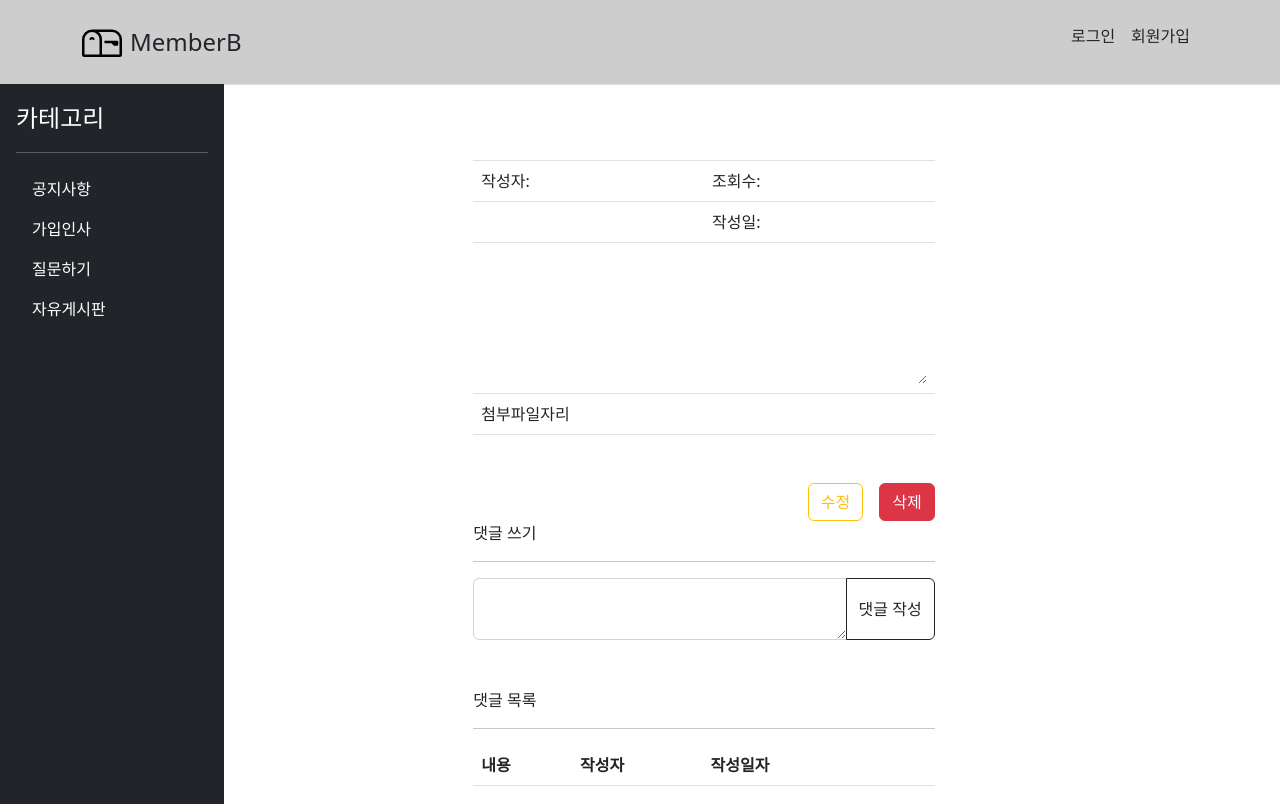
Repository: charmErin/board_220915
Page: http://localhost/board/WEB-INF/views/board/detail.jsp
These files come from the project's save history. The page is drawn as it stood at one moment and after the next save; the edit follows.
The browser window is 1280 px wide. The pictures show the whole page.
Some web libraries are served in a nearby version. The page is served by Tomcat 9. Nobody is signed in. Other server files are loaded and not shown. The template is opened directly, without the code that normally fills it, so the values that code supplies are empty.

Above is the page before, as saved 2022-09-16 07:52:06.

### board/src/main/webapp/WEB-INF/views/board/detail.jsp
<%@ page language="java" contentType="text/html; charset=UTF-8"
	pageEncoding="UTF-8"%>
<%@ taglib uri="http://java.sun.com/jsp/jstl/core" prefix="c"%>
<%@ taglib prefix="fmt" uri="http://java.sun.com/jsp/jstl/fmt"%>
<!DOCTYPE html>
<html>
<head>
<meta charset="UTF-8">
<script src="https://code.jquery.com/jquery-3.6.0.min.js"></script>
<script type="text/javascript"
	src="https://cdnjs.cloudflare.com/ajax/libs/moment.js/2.24.0/moment.min.js"></script>
<title>Insert title here</title>
<style>
.body-content {
	margin-top: 9rem;
	margin-left: 15rem;
	padding-left: 3rem;
	padding-right: 10rem;
}
</style>
</head>
<body>
	<%@include file="../layout/header.jsp"%>
	<div class="body-content">
		<div class="container col-7 my-4">
			<table class="table mb-5">
				<tr>
					<td colspan="2">${board.boardTitle}</td>
				</tr>
				<tr>
					<td>작성자: ${board.boardWriter}</td>
					<td>조회수: ${board.boardHits}</td>
				</tr>
				<tr>
					<td></td>
					<td colspan="2">작성일: <fmt:formatDate pattern="yyyy-MM-dd"
							value="${board.createdTime}"></fmt:formatDate></td>
				</tr>
				<tr>
					<td colspan="2"><textarea class="form-control-plaintext"
							rows="5">${board.boardContents}</textarea></td>
				</tr>
				<tr>
					<td colspan="2">첨부파일자리</td>
				</tr>
			</table>

			<div class="d-grid gap-2 d-md-flex justify-content-md-end">
				<c:choose>
					<c:when test="${sessionScope.id eq board.memberId}">
						<button class="btn btn-outline-warning me-md-2" type="button">수정</button>
						<button class="btn btn-danger" type="button">삭제</button>
					</c:when>
					<c:otherwise>
						<c:if test="${sessionScope.loginId eq 'admin'}">
							<button class="btn btn-danger" type="button">삭제</button>
						</c:if>
					</c:otherwise>
				</c:choose>
			</div>


			<span>댓글 쓰기</span>
			<hr>

			<div class="input-group mb-5">
				<textarea class="form-control" id="comment-contents"></textarea>
				<input class="btn btn-outline-dark" type="button"
					onclick="commentSave()" value="댓글 작성">
			</div>

			<span>댓글 목록</span>
			<hr>
			<div id="comment-list">
				<table class="table">
					<tr>
						<th>내용</th>
						<th>작성자</th>
						<th>작성일자</th>
						<th></th>
						<th></th>
					</tr>
					<c:forEach var="comment" items="${commentList}">
						<tr id="comment_${comment.id}">
							<td id="contents_${comment.id}">${comment.commentContents}</td>
							<td id="writer_${comment.id}">${comment.commentWriter}</td>
							<td id="createdTime_${comment.id}"><fmt:formatDate pattern="yyyy-MM-dd HH:mm:ss"
									value="${comment.createdTime}"></fmt:formatDate></td>
							<c:choose>
								<c:when test="${sessionScope.id eq comment.memberId}">
									<td id="updateBtn_${comment.id}"><button class="btn btn-outline-info" type="button"
											onclick="commentUpdateForm('${comment.id}', '${comment.commentContents}')">수정</button></td>
									<td id="deleteBtn_${comment.id}"><button class="btn btn-outline-danger" type="button"
											onclick="commentDelete('${comment.id}')">삭제</button></td>
								</c:when>
								<c:otherwise>
									<c:choose>
										<c:when test="${sessionScope.loginId eq 'admin'}">
											<td></td>
											<td><button class="btn btn-outline-danger" type="button"
													onclick="commentDelete('${comment.id}')">삭제</button></td>
										</c:when>
										<c:otherwise>
											<td colspan="2"></td>
										</c:otherwise>
									</c:choose>
								</c:otherwise>
							</c:choose>
						</tr>
					</c:forEach>
				</table>
			</div>
		</div>
	</div>
</body>
<script>
	const commentSave = () => {
		const boardId = '${board.id}';
		const memberId = '${sessionScope.id}';
		const commentWriter = '${sessionScope.memberName}';
		const commentContents = document.getElementById("comment-contents").value;
		const loginId = '${sessionScope.loginId}';
		const commentList = document.getElementById("comment-list");

		$.ajax({
			type: "post",
			url: "/comment/save",
			data: {"boardId": boardId, "memberId": memberId, "commentWriter": commentWriter, "commentContents": commentContents},
			dataType: "json",
			success: function(result) {
				let output = '<table class="table">'
							+ '	<tr>'
							+ '		<th>내용</th>'
							+ '		<th>작성자</th>'
							+ '		<th>작성일자</th>'
							+ '		<th></th>'
							+ '		<th></th>'
							+ '	</tr>';

				for (let i in result) {
					output += '	<tr>'
							+ '		<td>' + result[i].commentContents + '</td>'
							+ '		<td>' + result[i].commentWriter + '</td>'
							+ '		<td>' + moment(result[i].createdTime).format("YYYY-MM-DD HH:mm:ss") + '</td>';

					if (memberId == result[i].memberId) {
						output += '<td><button class="btn btn-outline-info" type="button" onclick="commentUpdateForm((' + result[i].id + ')">수정</button></td>'
								+ '<td><button class="btn btn-outline-danger" type="button" onclick="commentDelete(' + result[i].id + ')">삭제</button></td>';

					} else {
						if (loginId == 'admin') {
							output += '<td></td>'
									+ '<td><button class="btn btn-outline-danger" type="button" onclick="commentDelete(' + result[i].id + ')">삭제</button></td>';
						} else {
							output += '	<td></td>'
									+ '	<td></td>';
						}
					}
					output += '	</tr>';

				}
				output += '</table>';

				commentList.innerHTML = output;
				document.getElementById("comment-contents").innerHTML = "";
			}
		});
	}

	const commentDelete = (id) => {
		const boardId = '${board.id}';
		const memberId = '${sessionScope.id}';
		const loginId = '${sessionScope.loginId}';
		const commentList = document.getElementById("comment-list");

		$.ajax({
			type: "post",
			url: "/comment",
			data: {"id": id, "boardId": boardId},
			dataType: "json",
			success: function(result) {
				let output = '<table class="table">'
							+ '	<tr>'
							+ '		<th>내용</th>'
							+ '		<th>작성자</th>'
							+ '		<th>작성일자</th>'
							+ '		<th></th>'
							+ '		<th></th>'
							+ '	</tr>';

				for (let i in result) {
					output += '	<tr>'
							+ '		<td>' + result[i].commentContents + '</td>'
							+ '		<td>' + result[i].commentWriter + '</td>'
							+ '		<td>' + moment(result[i].createdTime).format("YYYY-MM-DD HH:mm:ss") + '</td>';

					if (memberId == result[i].memberId) {
						output += '<td><button class="btn btn-outline-info" type="button" onclick="commentUpdateForm((' + result[i].id + ')">수정</button></td>'
								+ '<td><button class="btn btn-outline-danger" type="button" onclick="commentDelete(' + result[i].id + ')">삭제</button></td>';

					} else {
						if (loginId == 'admin') {
							output += '<td></td>'
									+ '<td><button class="btn btn-outline-danger" type="button" onclick="commentDelete(' + result[i].id + ')">삭제</button></td>';
						} else {
							output += '	<td></td>'
									+ '	<td></td>';
						}
					}
					output += '	</tr>';

				}
				output += '</table>';

				commentList.innerHTML = output;
			}
		});
	}


	let rawComment = null;

	const commentUpdateForm = (id, commentContents) => {
		const comment = document.getElementById("comment_" + id);
		rawComment = document.getElementById("comment_" + id).innerHTML;

		let output = '<td colspan="3"><textarea class="form-control" id="new-contents">' + commentContents + '</textarea></td>'
					+ '<td><button type="button" class="btn btn-dark" onclick="commentUpdate(' + "'" + id + "')" + '">수정</button></td>'
					+ '<td><button type="button" class="btn btn-outline-danger" onclick="commentCancel(' + id + ')">취소</button></td>';

		comment.innerHTML = output;
	}

	const commentUpdate = (id) => {
		const newContents = document.getElementById("new-contents").value;
		const boardId = '${board.id}';
		const memberId = '${sessionScope.id}';
		const loginId = '${sessionScope.loginId}';
		const commentList = document.getElementById("comment-list");

		$.ajax({
			type: "post",
			url: "/comment/update",
			data: {"id": id, "boardId": boardId, "commentContents": newContents},
			dataType: "json",
			success: function(result) {
				let output = '<table class="table">'
					+ '	<tr>'
					+ '		<th>내용</th>'
					+ '		<th>작성자</th>'
					+ '		<th>작성일자</th>'
					+ '		<th></th>'
					+ '		<th></th>'
					+ '	</tr>';

			for (let i in result) {
				output += '	<tr>'
						+ '		<td>' + result[i].commentContents + '</td>'
						+ '		<td>' + result[i].commentWriter + '</td>'
						+ '		<td>' + moment(result[i].createdTime).format("YYYY-MM-DD HH:mm:ss") + '</td>';

				if (memberId == result[i].memberId) {
					output += '<td><button class="btn btn-outline-info" type="button" onclick="commentUpdateForm((' + result[i].id + ')">수정</button></td>'
							+ '<td><button class="btn btn-outline-danger" type="button" onclick="commentDelete(' + result[i].id + ')">삭제</button></td>';

				} else {
					if (loginId == 'admin') {
						output += '<td></td>'
								+ '<td><button class="btn btn-outline-danger" type="button" onclick="commentDelete(' + result[i].id + ')">삭제</button></td>';
					} else {
						output += '	<td></td>'
								+ '	<td></td>';
					}
				}
				output += '	</tr>';

			}
			output += '</table>';

			commentList.innerHTML = output;
			}
		});
	}

	const commentCancel = (id) => {
		document.getElementById("comment_" + id).innerHTML = rawComment;
	}
</script>
</html>

### board/src/main/webapp/WEB-INF/views/layout/header.jsp
<%@ page language="java" contentType="text/html; charset=UTF-8"
    pageEncoding="UTF-8"%>
<%@ taglib uri="http://java.sun.com/jsp/jstl/core" prefix="c" %>
<%@ taglib prefix="fmt" uri="http://java.sun.com/jsp/jstl/fmt" %>
<!DOCTYPE html>
<html>
<head>
<meta charset="UTF-8">
<link href="https://cdn.jsdelivr.net/npm/bootstrap@5.2.1/dist/css/bootstrap.min.css" rel="stylesheet" integrity="sha384-iYQeCzEYFbKjA/T2uDLTpkwGzCiq6soy8tYaI1GyVh/UjpbCx/TYkiZhlZB6+fzT" crossorigin="anonymous">
<title>Insert title here</title>
<style>
	header {
		background: #CDCDCD;
	}

	.side-bar {
		width: 14rem;
		height: 100%;
		margin-top: 1rem;
		position: fixed;
		display: inline !important;
	}
</style>
</head>
<body>
	<header class="py-3 border-bottom header-fix fixed-top">
		<div class="container d-flex flex-wrap justify-content-center">
			<a href="/" class="d-flex align-items-center mb-3 mb-lg-0 me-lg-auto text-dark text-decoration-none">
				<img src="../../../resources/svg/mailbox.svg" width="40" height="40">
				<span class="fs-4 m-2">
					MemberB
				</span>
			</a>

			<div>
				<c:choose>
					<c:when test="${sessionScope.id == null}">
						<ul class="nav">
							<li class="nav-item">
								<a href="/member/login-form" class="nav-link link-dark px-2">로그인</a>
							</li>
							<li class="nav-item">
								<a href="/member/save-form" class="nav-link link-dark px-2">회원가입</a>
							</li>
						</ul>
					</c:when>
					<c:otherwise>
						<ul class="nav">
							<li class="nav-item">
								<a href="/member/detail/${sessionScope.id}" class="nav-link link-dark px-2">${sessionScope.memberName}</a>
							</li>
							<c:if test="${sessionScope.loginId eq 'admin'}">
								<li class="nav-item">
									<a href="/member/findAll" class="nav-link link-dark px-2">회원목록</a>
								</li>
							</c:if>
							<li class="nav-item">
								<a href="/member/logout" class="nav-link link-dark px-2">로그아웃</a>
							</li>
						</ul>
					</c:otherwise>
				</c:choose>
			</div>
		</div>
		<div class="d-flex flex-column flex-shrink-0 p-3 text-bg-dark side-bar">
			<span class="fs-4">카테고리</span>
			<hr>
			<ul class="nav nav-pills flex-column mb-auto">
				<li class="nav-item">
					<a href="/board/1" class="nav-link text-white">공지사항</a>
				</li>
				<li>
					<a href="/board/2" class="nav-link text-white">가입인사</a>
				</li>
				<li>
					<a href="/board/3" class="nav-link text-white">질문하기</a>
				</li>
				<li>
					<a href="/board/4" class="nav-link text-white">자유게시판</a>
				</li>
			</ul>
		</div>
	</header>
</body>
</html>

### board/src/main/webapp/resources/svg/mailbox.svg
<svg xmlns="http://www.w3.org/2000/svg" width="16" height="16" fill="currentColor" class="bi bi-mailbox" viewBox="0 0 16 16">
  <path d="M4 4a3 3 0 0 0-3 3v6h6V7a3 3 0 0 0-3-3zm0-1h8a4 4 0 0 1 4 4v6a1 1 0 0 1-1 1H1a1 1 0 0 1-1-1V7a4 4 0 0 1 4-4zm2.646 1A3.99 3.99 0 0 1 8 7v6h7V7a3 3 0 0 0-3-3H6.646z"/>
  <path d="M11.793 8.5H9v-1h5a.5.5 0 0 1 .5.5v1a.5.5 0 0 1-.5.5h-1a.5.5 0 0 1-.354-.146l-.853-.854zM5 7c0 .552-.448 0-1 0s-1 .552-1 0a1 1 0 0 1 2 0z"/>
</svg>

After the next save:
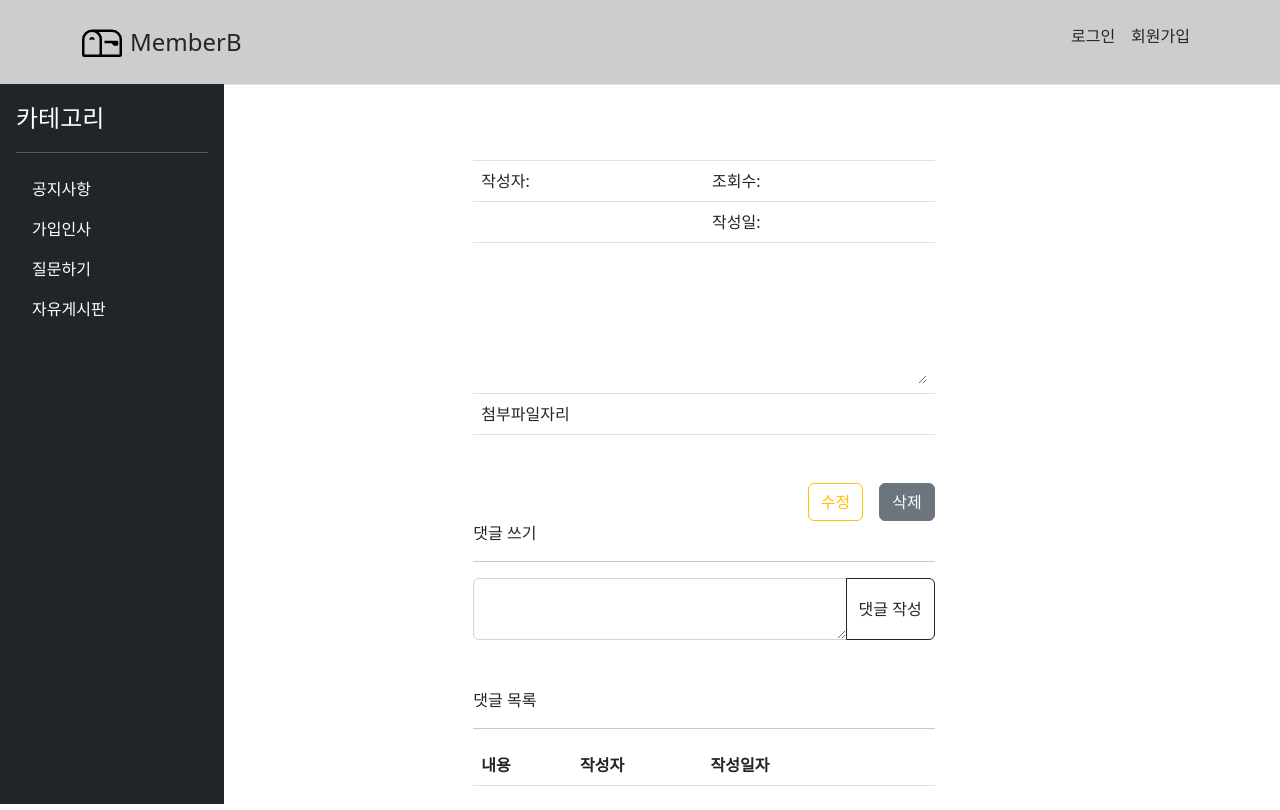
Saved 68 s later.
--- a/board/src/main/webapp/WEB-INF/views/board/detail.jsp
+++ b/board/src/main/webapp/WEB-INF/views/board/detail.jsp
@@ -49,7 +49,7 @@
 				<c:choose>
 					<c:when test="${sessionScope.id eq board.memberId}">
 						<button class="btn btn-outline-warning me-md-2" type="button">수정</button>
-						<button class="btn btn-danger" type="button">삭제</button>
+						<button class="btn btn-secondary" type="button">삭제</button>
 					</c:when>
 					<c:otherwise>
 						<c:if test="${sessionScope.loginId eq 'admin'}">
